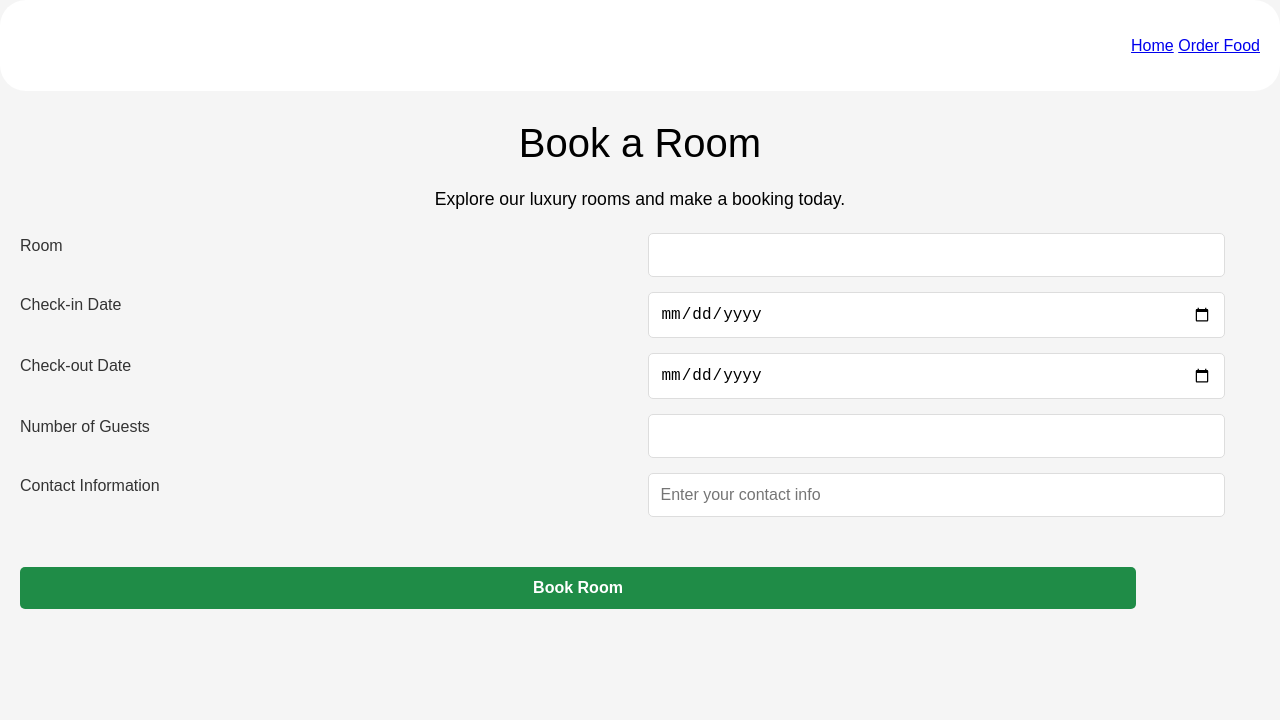
Repository: malingubarnice/Online-Reservation-System
Page: seperate_room.html
An editor plug-in stored every save of this project. The page is shown before and after the next save, followed by the edit.
The browser window is 1280 px wide. The pictures show the whole page.

Above is the page before, as saved 2025-04-03 18:25:26.
Console error: TypeError: Cannot read properties of null (reading 'addEventListener')

### seperate_room.html
<!DOCTYPE html>
<html lang="en">
<head>
    <meta charset="UTF-8">
    <meta name="viewport" content="width=device-width, initial-scale=1.0">
    <title>Book a Room</title>
    <link rel="stylesheet" href="styles.css"> <!-- Link your existing CSS -->
</head>
<body>
    <header>
        <h1>Book a Room</h1>
        <nav>
            <a href="index.html">Home</a>
            <a href="menu.html">Order Food</a>
        </nav>
    </header>

    <!-- Rooms Section -->
    <section id="rooms">
        <h1>Book a Room</h1>
        <p>Explore our luxury rooms and make a booking today.</p>

        <div class="room-list">
            <!-- Room cards dynamically loaded -->
        </div>

        <!-- Booking Form -->
        <div class="reservation-form">
            <form action="send_room.php" method="post">
                <!-- Hidden input for room ID -->
                <input type="hidden" id="room_id" name="room_id">

                <label for="room-selection">Room</label>
                <input type="text" id="room-selection" name="room_name" readonly>

                <label for="check-in-date">Check-in Date</label>
                <input type="date" id="check-in-date" name="check_in_date" required>

                <label for="check-out-date">Check-out Date</label>
                <input type="date" id="check-out-date" name="check_out_date" required>

                <label for="guest-count">Number of Guests</label>
                <input type="number" id="guest-count" name="guest_count" min="1" required>

                <label for="contact-info">Contact Information</label>
                <input type="text" id="contact-info" name="contact-info" placeholder="Enter your contact info" required>

                <p id="price-display"></p>
                <input type="hidden" id="price" name="price">

                <button type="submit" class="reserve-btn">Book Room</button>
            </form>
        </div>
    </section>

    <script>
        document.addEventListener("DOMContentLoaded", function () {
            let today = new Date().toISOString().split("T")[0];

            // Set min date for reservations
            document.getElementById("check-in-date").setAttribute("min", today);

            // Update checkout date when check-in date is selected
            document.getElementById("check-in-date").addEventListener("change", function () {
                let checkInDate = this.value;
                document.getElementById("check-out-date").setAttribute("min", checkInDate);
            });
        });
    </script>

    <script src="roomjs.js"></script>

</body>
</html>

### styles.css
/* General Reset */
body, h1, h2, p, ul, li, a, button {
    margin: 0;
    padding: 0;
    box-sizing: border-box;
}

/* Body and Layout */
body {
    font-family: 'Arial', sans-serif;
    line-height: 1.6;
    background-color: #f5f5f5;
    color: #333;
}

/* Header */
header {
    display: flex;
    justify-content: space-between;
    align-items: center;
    padding: 20px;
    background: white;
    color: #fff;
    border-bottom: 2px solid #c4ccd4;
    border-radius: 26px;
    border-style: none;
}

header .logo img {
    height: 100px;
    border-radius: 50px;
}

header nav ul {
    display: flex;
    list-style: none;
}

header nav ul li {
    margin-left: 25px;
}

header nav ul li a {
    color: rgb(10, 10, 10);
    text-decoration: none;
    font-size: 25px;
    font-weight: 500;
    transition: color 0.3s;
}

header nav ul li a:hover {
    color: #eb2630;
}




/* Container for Features Section */
.features {
    display: flex;
    justify-content: flex-start;
    align-items: flex-start;
    flex-direction: row;  /* This will place the features next to each other */
    gap: 20px;  /* Adds space between each feature box */
    margin-left: 20px;  /* Adjust the space from the left */
  }

  /* Individual Feature Box */
  .feature {
    background-color: #fff;
    padding: 20px;
    margin-bottom: 15px;
    margin-top: 15px;
    box-shadow: 0 4px 8px rgba(0, 0, 0, 0.1);
    border-radius: 10px;
    flex: 1;  /* Makes each feature box take equal width */
  }

  /* Feature Header */
  .feature h2 {
    font-size: 22px;
    margin-bottom: 10px;
  }

  /* Feature Description */
  .feature p {
    font-size: 16px;
    color: white;
  }

  /* Optional: Adjusting feature links */
  .feature a {
    display: inline-block;
    background-color: #15ad4d;
    color: #fff;
    padding: 10px 20px;
    border-radius: 5px;
    text-decoration: none;
    transition: background-color 0.3s;
  }

  .feature a:hover {
    background-color: #1dd168;
  }




/* Reservations Section */
#reservations {
    padding: 50px 20px;
    background: #fff;
    margin: 20px auto;
    max-width: 900px;
    box-shadow: 0 8px 16px rgba(0, 0, 0, 0.1);
    border-radius: 10px;
}

#reservations h1 {
    font-size: 32px;
    margin-bottom: 20px;
    text-align: center;
    color: #2c3e50;
}

.reservation-form form {
    display: grid;
    grid-template-columns: 1fr 1fr;
    gap: 15px;
    margin-bottom: 30px;
}

.reservation-form label {
    font-size: 16px;
    color: #333;
}

.reservation-form input,
.reservation-form textarea,
.reserve-btn {
    padding: 12px;
    border: 1px solid #ddd;
    border-radius: 5px;
    font-size: 16px;
    transition: border-color 0.3s;
    width: 90%;
}

.reservation-form input:focus,
.reservation-form textarea:focus {
    border-color: #27ae60;
}

.reserve-btn {
    background-color: #1f8c47;
    color: #fff;
    font-weight: bold;
    cursor: pointer;
    border: none;
    transition: background-color 0.3s;
    grid-column: span 2;
}

.reserve-btn:hover {
    background-color: #10e669;
}

/* Table Layout */
.table-layout {
    margin-top: 20px;
    text-align: center;
}

.tables {
    display: grid;
    grid-template-columns: repeat(auto-fill, minmax(100px, 1fr));
    gap: 20px;
}

.tables .table {
    background-color: #ddd;
    padding: 20px;
    text-align: center;
    font-size: 18px;
    border-radius: 8px;
    cursor: pointer;
    transition: transform 0.3s, background-color 0.3s;
}

.tables .table:hover {
    transform: scale(1.1);
    background-color: #27ae60;
    color: #fff;
}




/* Menu Section */
#menu {
    padding: 50px 20px;
    background: #fff;
    margin: 20px auto;
    max-width: 900px;
    box-shadow: 0 8px 16px rgba(0, 0, 0, 0.1);
    border-radius: 10px;
}

.menu-items {
    display: grid;
    grid-template-columns: repeat(auto-fill, minmax(250px, 1fr));
    gap: 20px;
}

.menu-items .menu-item {
    background: #f4f4f4;
    padding: 20px;
    border-radius: 8px;
    box-shadow: 0 4px 8px rgba(0, 0, 0, 0.1);
    text-align: center;
    transition: transform 0.3s;
}

.menu-items .menu-item:hover {
    transform: scale(1.05);
    box-shadow: 0 8px 16px rgba(0, 0, 0, 0.2);
}

.menu-items img {
    max-width: 100%;
    border-radius: 5px;
}

/* Targeting buttons inside the #menu section */
#menu button {
    width: 100%;
    padding: 12px;
    background: #1f8c47;
    color: white;
    font-size: 16px;
    border: none;
    border-radius: 8px;
    cursor: pointer;
    transition: 0.3s;
}

#menu button:hover {
    background: #27ae60;
}


/* Footer */
footer {
    text-align: center;
    padding: 20px;
    background-color: whitesmoke;
    color: #fff;
    margin-top: 50px;
}

/* Responsive Design */
@media (max-width: 768px) {
    .features {
        flex-direction: column;
        align-items: center;
    }

    .feature {
        width: 100%;
        margin-bottom: 30px;
    }

    .reservation-form {
        grid-template-columns: 1fr;
    }

    .tables {
        grid-template-columns: 1fr 1fr;
    }

    .menu-items {
        grid-template-columns: 1fr 1fr;
    }
}

@media (max-width: 480px) {
    header {
        flex-direction: column;
        align-items: flex-start;
    }

    header nav ul {
        flex-direction: column;
        gap: 10px;
    }

    .hero h1 {
        font-size: 28px;
    }

    .hero p {
        font-size: 18px;
    }
}

/* Style for available tables */
.table {
    padding: 10px;
    margin: 10px;
    border: 1px solid #ccc;
    cursor: pointer;
    display: inline-block;
}

/* Highlight the selected table */
.table.selected {
    background-color: #4CAF50; /* Green background */
    color: white;
    border: 2px solid #fff;
}

/*stying order online section*/
#order-online {
    padding: 2rem;
}

.menu-item {
    border: 1px solid #ddd;
    margin: 1rem;
    padding: 1rem;
    text-align: center;
}
.order-form {
    margin-top: 2rem;
}
.order-total {
    font-weight: bold;
    margin-top: 1rem;
}


/*styling rooms*/
/* General styling for the Rooms Section */
#rooms {
    font-family: Arial, sans-serif;
    padding: 20px;
    background-color: #f5f5f5;
}

#rooms h1 {
    text-align: center;
    color: #333;
    font-size: 2.5rem;
    margin-bottom: 10px;
}

#rooms p {
    text-align: center;
    font-size: 1.1rem;
    color: #666;
    margin-bottom: 20px;
}

/* Room Listings */
.room-listings {
    display: grid;
    grid-template-columns: repeat(auto-fill, minmax(250px, 1fr));
    gap: 20px;
    margin-bottom: 30px;
}

.room-card {
    background-color: white;
    border-radius: 8px;
    box-shadow: 0 4px 6px rgba(0, 0, 0, 0.1);
    padding: 15px;
    text-align: center;
    transition: transform 0.3s ease-in-out;
}

.room-card:hover {
    transform: translateY(-5px);
}

.room-card img {
    width: 100%;
    height: 180px;
    object-fit: cover;
    border-radius: 8px;
}

.room-card h3 {
    font-size: 1.5rem;
    color: #333;
    margin: 15px 0;
}

.room-card p {
    font-size: 1.1rem;
    color: #777;
}

.room-card .price {
    font-size: 1.2rem;
    font-weight: bold;
    color: #1f8c47;
    margin-top: 10px;
}

.room-card button {
    background-color: #1f8c47;
    color: white;
    padding: 10px 15px;
    font-size: 1rem;
    border: none;
    border-radius: 5px;
    cursor: pointer;
    transition: background-color 0.3s;
}

.room-card button:hover {
    background-color: #27ae60;
}


/* New class for hiding the form */
.booking-form.hidden {
    display: none;
}

/* Booking Form Styling */
.booking-form {
    background-color: white;
    padding: 20px;
    border-radius: 8px;
    box-shadow: 0 4px 6px rgba(0, 0, 0, 0.1);
    width: 70%;
    max-width: 600px;
    margin: 0 auto;
}

.booking-form h2 {
    text-align: center;
    color: #333;
    font-size: 2rem;
    margin-bottom: 15px;
}

.booking-form form {
    display: flex;
    flex-direction: column;
    gap: 15px;
}

.booking-form label {
    font-size: 1.1rem;
    color: #333;
}

.booking-form select,
.booking-form input {
    padding: 10px;
    font-size: 1rem;
    border: 1px solid #ccc;
    border-radius: 5px;
    width: 100%;
}

.booking-form button {
    background-color: #1f8c47;
    color: white;
    padding: 12px 20px;
    font-size: 1.1rem;
    border: none;
    border-radius: 5px;
    cursor: pointer;
    transition: background-color 0.3s;
}

.booking-form button:hover {
    background-color: #27ae60;
}

/* Confirmation Message */
#confirmation-message {
    font-size: 1.2rem;
    color: #333;
    margin-top: 20px;
    text-align: center;
    display: none; /* Hidden initially */
}

#confirmation-message.success {
    color: #4caf50;
}

#confirmation-message.error {
    color: #f44336;
}



/* Container for styling the rooms */
.room-list {
    display: flex;
    flex-wrap: wrap; /* Allows room cards to wrap to the next line when necessary */
    justify-content: center; /* Centers the room cards horizontally */
    gap: 20px; /* Adds space between cards */
    max-width: 80%; /* Makes the container occupy 80% of the page */
    margin: 0 auto; /* Centers the container horizontally */
}

/* Individual room card */
.room-card {
    width: 30%; /* Makes each card take up about 30% of the container's width */
    max-width: 300px; /* Optional: Set a max width for the cards */
    margin: 10px;
    padding: 15px;
    text-align: center;
    box-shadow: 0 4px 8px rgba(0, 0, 0, 0.1);
    background-color: #fff;
    border-radius: 10px;
    box-sizing: border-box;
}

/* Image inside room card */
.room-card img {
    width: 100%; /* Ensures the image stretches across the container */
    height: auto; /* Keeps aspect ratio intact */
    object-fit: contain; /* Ensures the full image is visible */
}

@media (max-width: 768px) {
    .room-card {
        width: 100%; /* Makes room cards stack on smaller screens */
    }
}

/* Target the specific booking room section and make the font weight lighter */
#rooms {
    color: black; /* Keeps the text color black */
    font-weight: lighter; /* Makes the font weight lighter */
}

/* Target the room cards within the booking room section */
#rooms .room-card {
    color: black; /* Ensures room card text is black */
    font-weight: lighter; /* Makes the room card text lighter */
}

/* You can also target specific elements like titles and descriptions, if necessary */
#rooms h1, #rooms p, #rooms .room-name, #rooms .room-description {
    color: black; /* Sets the text to black */
    font-weight: lighter; /* Reduces the font weight */
}

### roomjs.js
document.addEventListener('DOMContentLoaded', function () {
    // Fetch room data and display rooms dynamically
    fetch('get_room.php')
      .then(response => response.json())
      .then(data => {
        if (Array.isArray(data)) {
          displayRooms(data);
        } else {
          console.error('Error fetching rooms:', data.message);
        }
      })
      .catch(error => console.error('Error fetching room data:', error));
});

// Function to display room cards
function displayRooms(rooms) {
    const roomListContainer = document.querySelector('.room-list');
    roomListContainer.innerHTML = ""; // Clear previous content

    rooms.forEach(room => {
        const roomHTML = `
            <div class="room-card">
                <img src="${room.image_url}" alt="${room.room_name}" style="width: 100%; height: 200px; object-fit: cover;">
                <h2>${room.room_name}</h2>
                <p>Type: ${room.room_type}</p>
                <p>Capacity: ${room.capacity} guests</p>
                <p>${room.description}</p>
                <p>Price: KSh ${room.price_per_night.toLocaleString()}</p>
                <button onclick="selectRoom(${room.room_id}, '${room.room_name}', ${room.price_per_night})">Book Now</button>
            </div>
        `;
        roomListContainer.innerHTML += roomHTML;
    });
}

// Function to select a room for booking
function selectRoom(roomId, roomName, price) {
    console.log(`Room selected: ${roomName} (ID: ${roomId})`);

    document.getElementById('room-selection').value = roomName;
    document.getElementById('room_id').value = roomId;
    document.getElementById('price').textContent = `KSh ${price.toLocaleString()}`;
    document.querySelector('.reservation-form').style.display = 'block'; // Show the booking form
}

// Handle form submission for room booking
document.getElementById('room-booking-form').addEventListener('submit', function (event) {
    event.preventDefault(); // Prevent the form from reloading the page

    const roomId = document.getElementById('room_id').value;
    const checkInDate = document.getElementById('check-in-date').value;
    const checkOutDate = document.getElementById('check-out-date').value;
    const guestCount = document.getElementById('guest-count').value;
    const contactInfo = document.getElementById('contact-info').value;

    const today = new Date();
    const checkIn = new Date(checkInDate);
    const checkOut = new Date(checkOutDate);

    today.setHours(0, 0, 0, 0);
    checkIn.setHours(0, 0, 0, 0);
    checkOut.setHours(0, 0, 0, 0);

    // Check for invalid dates
    if (checkIn < today) {
        alert("Check-in date cannot be in the past.");
        return;
    }

    if (checkIn >= checkOut) {
        alert("Check-out date must be after check-in date.");
        return;
    }

    // Submit booking data via fetch
    fetch('book_room.php', {
        method: 'POST',
        body: JSON.stringify({
            room_id: roomId,
            check_in_date: checkInDate,
            check_out_date: checkOutDate,
            guest_count: guestCount,
            contact_info: contactInfo
        }),
        headers: {
            'Content-Type': 'application/json'
        }
    })
    .then(response => response.json())
    .then(data => {
        if (data.status === 'success') {
            alert('Booking confirmed! Email sent.');
            // Optionally, redirect to a confirmation page or reload
            window.location.href = "confirmation.php";
        } else {
            alert('Error: ' + data.message);
        }
    })
    .catch(error => console.error('Error:', error));
});

After the next save:
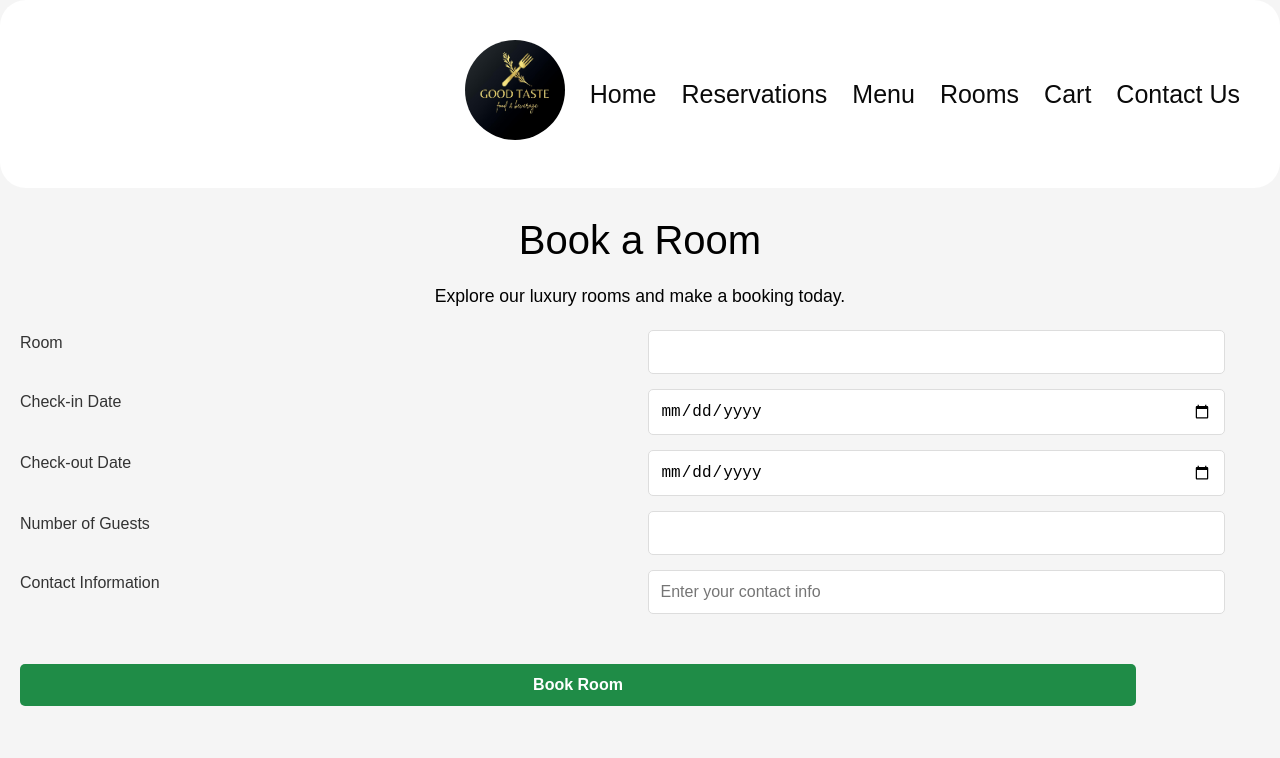
Saved 5 min 20 s later.
--- a/seperate_room.html
+++ b/seperate_room.html
@@ -9,10 +9,23 @@
 <body>
     <header>
         <h1>Book a Room</h1>
-        <nav>
-            <a href="index.html">Home</a>
-            <a href="menu.html">Order Food</a>
-        </nav>
+        <!-- Navigation Bar -->
+  <header>
+    <div class="logo">
+      <img src="assets/logo.jpg" alt="Copper Ivy Logo">
+    </div>
+    <nav class="navbar">
+      <ul>
+        <li><a href="#menu">Home</a></li>
+        <li><a href="#reservations">Reservations</a></li>
+        <li><a href="#menu">Menu</a></li>
+        <li><a href="#rooms">Rooms</a></li>
+        <li><a href="#cart">Cart</a></li>
+        <li><a href="#contact">Contact Us</a></li>
+      </ul>
+    </nav>
+  </header>
+
     </header>
 
     <!-- Rooms Section -->
